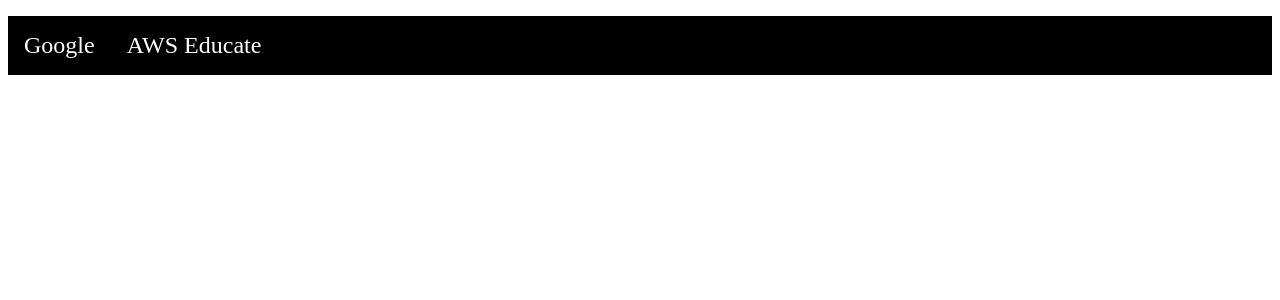
Repository: jakemj/jakemj.github.io
Page: index.html
The author's editor kept a record of every edit. The page is drawn from the files as they stood at one moment, then again after the next edit.
The browser window is 1280 px wide. The pictures show the whole page.

Above is the page before.

### index.html
<!DOCTYPE html>
<html>
    <head>
    <title>Home</title>
    <style>

        .navbar{
            list-style: none;
            background-color: black;
            overflow: hidden;
            padding: 0;
        }

        .navbar a, dropdown div{
            text-decoration: none;
            color: white;
            font-size: 24px;
            padding: 16px;
            display:inline-block;
        }
        .navbar li{
            float: left;
        }

        .navbar li:hover{
            background-color: pink;
        }

        .dropdown-content{
            list-style: none;
            padding: 0;
            display: none;
            position: absolute;
            z-index: 1;
            background-color: black;
        }

        .dropdown-content li{
            float: none;
        }

        .dropdown:hover .dropdown-content{
            display: block;
        }
    </style>
    </head>
    <body>
      <ul class="navbar">
        <li><a href="https://google.com">Google</a></li>
        <li><a href="https://awseducate.com">AWS Educate</a></li>
        <li class = "dropdown">
            <div>More Links</div>
            <ul class="dropdown-content">
            <li><a href="#">Project 1</a></li>
            <li><a href="#">Project 2</a></li>
            <li><a href="#">Project 3</a></li>
        </ul>



    </li>

    </ul>


    </body>
</html>

After the next edit:
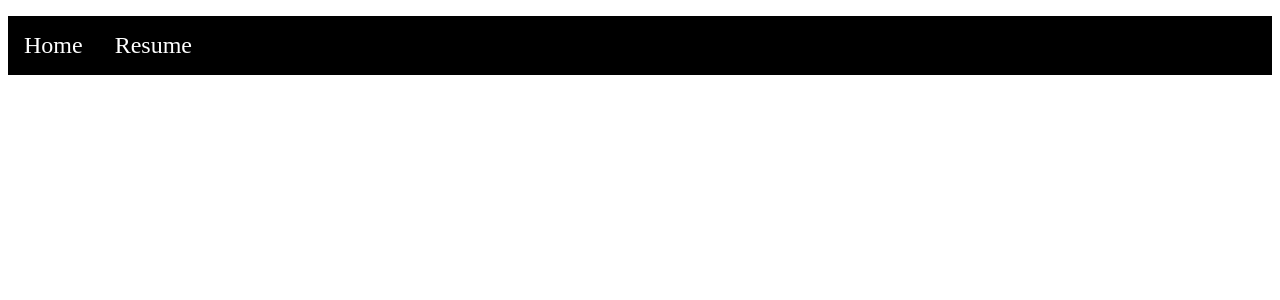
The edit:
--- a/index.html
+++ b/index.html
@@ -46,8 +46,8 @@
     </head>
     <body>
       <ul class="navbar">
-        <li><a href="https://google.com">Google</a></li>
-        <li><a href="https://awseducate.com">AWS Educate</a></li>
+        <li><a href=./>Home</a></li>
+        <li><a href="https://awseducate.com">Resume</a></li>
         <li class = "dropdown">
             <div>More Links</div>
             <ul class="dropdown-content">
